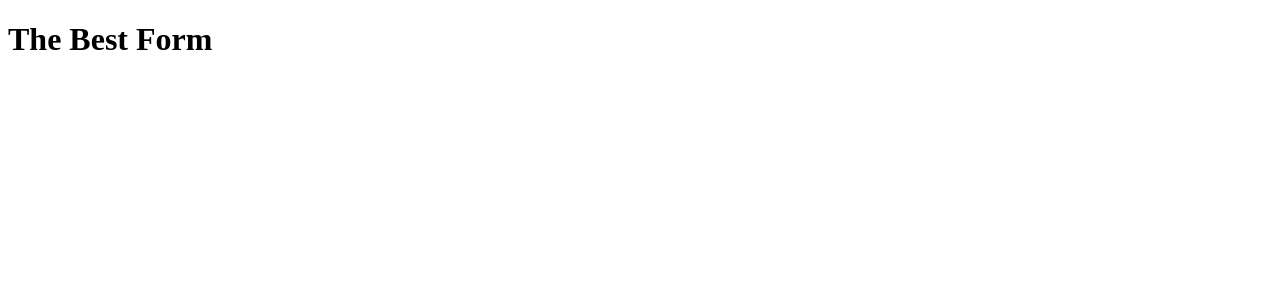
Repository: github-patrixweb/cosw30
Page: labwork/lab2/form.html
The author's editor kept a record of every edit. The page is drawn from the files as they stood at one moment, then again after the next edit.
The browser window is 1280 px wide. The pictures show the whole page.

Above is the page before.

### labwork/lab2/form.html
<!doctype html>
<html lang="en">
<head>
	<meta charset="utf-8">
	<title>Simple HTML Form</title>
	<style type="text/css">

	</style>
</head>
<body>
<h1>The Best Form</h1>

<form action="handle_form.php" method="post">





</form>

</body>
</html>

After the next edit:
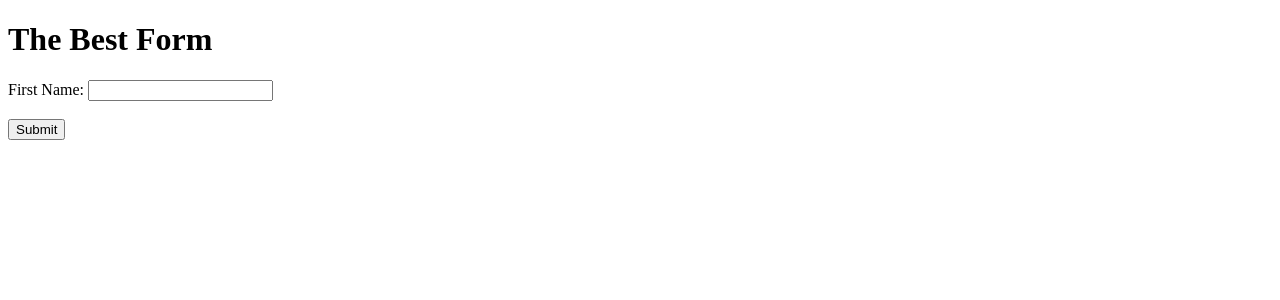
The edit:
--- a/labwork/lab2/form.html
+++ b/labwork/lab2/form.html
@@ -12,7 +12,9 @@
 
 <form action="handle_form.php" method="post">
 
-
+<label for="first_name">First Name:</label>
+<input type="text" name="first_name"/><br>&nbsp;<br>
+<input type="submit" name="Submit Name"/>
 
 
 
